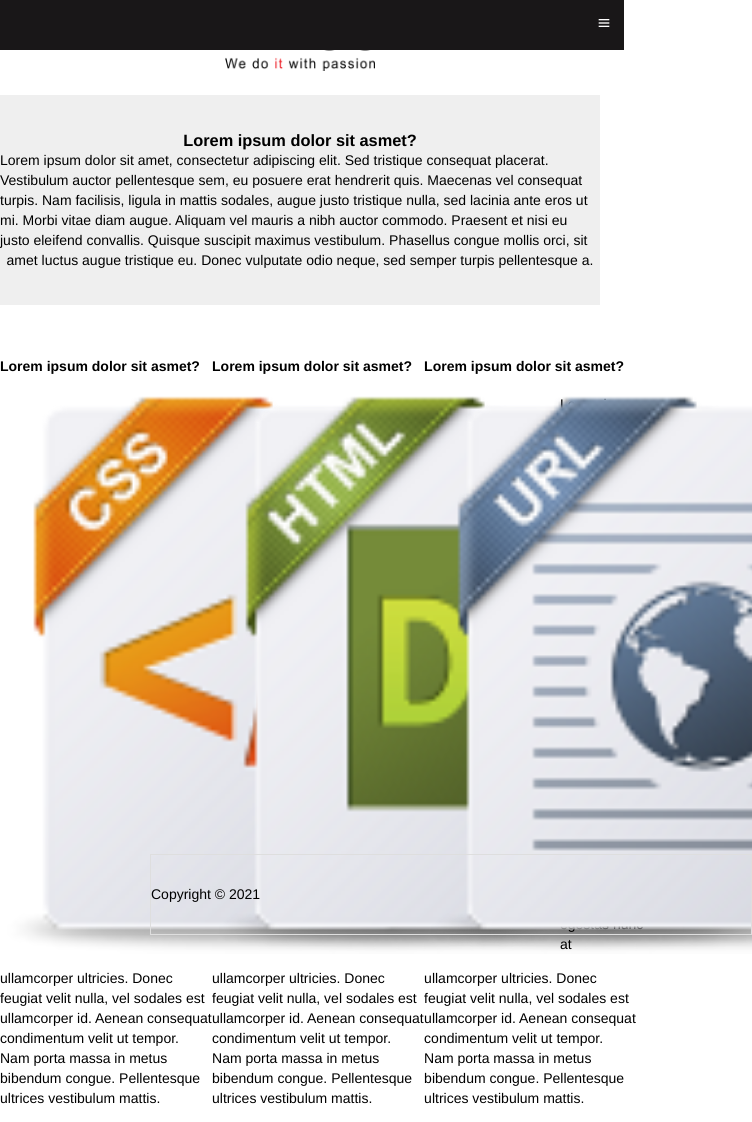
Repository: HoanTiny/ncc
Page: index.html
The author's editor kept a copy of each file at every save. The page is drawn from the files as they stood at one save, then again after the next save.
The browser window is 600 px wide. The page is 752 px wide, so the pictures cover 752 px, including what lies to the right of the window. The pictures show the whole page.

Above is the page before, as saved 2023-03-30 21:11:58.

After the next save:
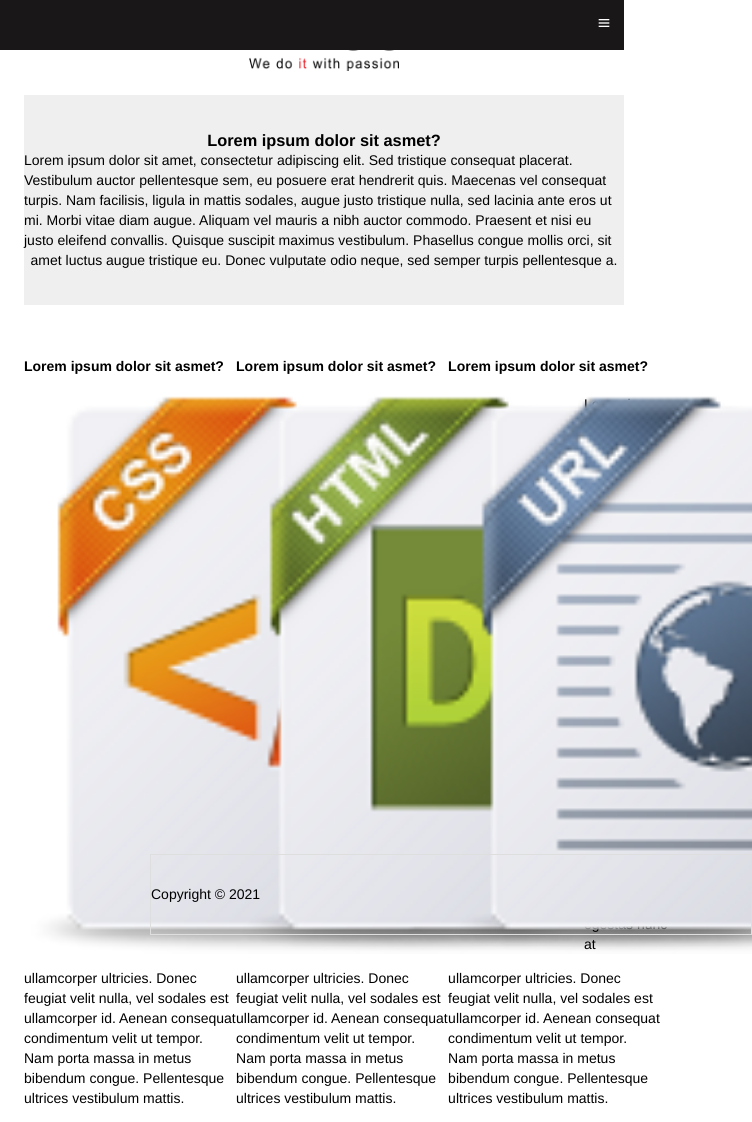
Saved 29 s later.
--- a/style.css
+++ b/style.css
@@ -154,6 +154,7 @@
     .content {
         width: 100%;
         margin: 0;
+        padding: 0 24px;
     }
 
     .content_text p,
